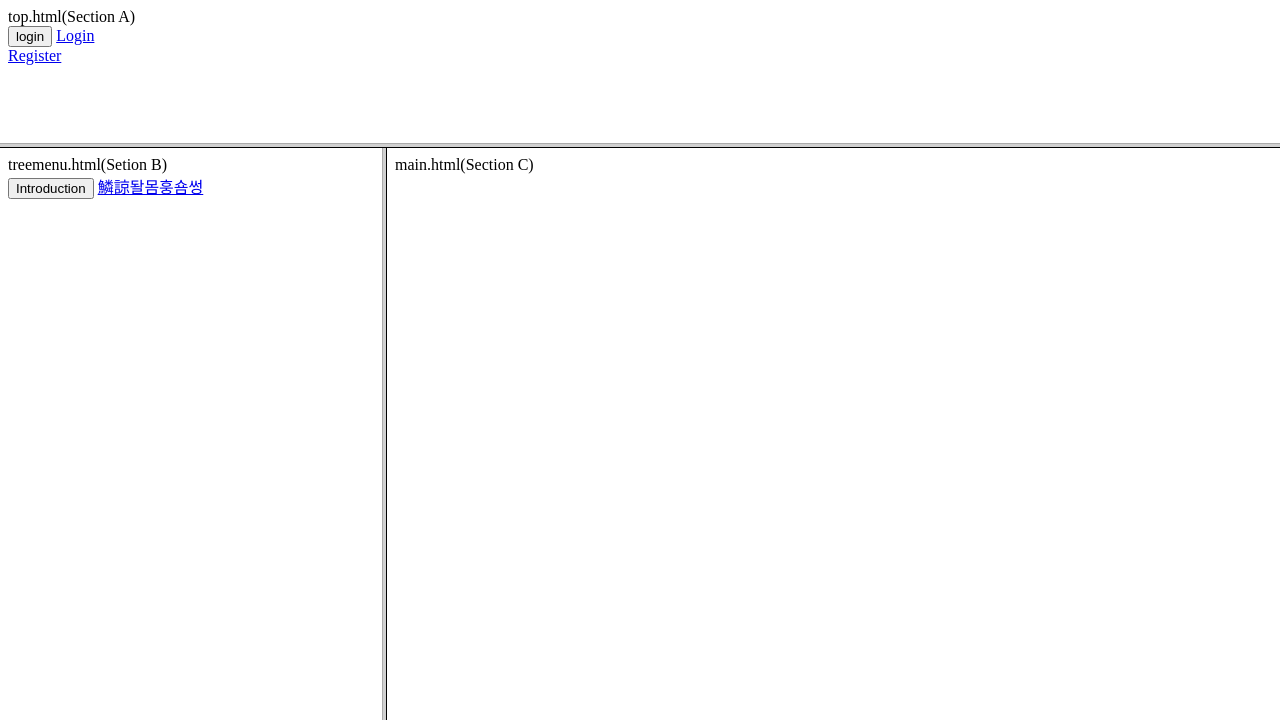
Repository: sheep9590/Test
Page: eclipse-workspace/Prj03/WebRoot/frameset.html
These files come from the project's save history. The page is drawn as it stood at one moment and after the next save; the edit follows.
The browser window is 1280 px wide. The pictures show the whole page.

Above is the page before, as saved 2021-09-09 13:21:28.

### eclipse-workspace/Prj03/WebRoot/frameset.html
<!DOCTYPE html PUBLIC "-//W3C//DTD HTML 4.01 Transitional//EN" "http://www.w3.org/TR/html4/loose.dtd">
<html>
        <frameset rows="20%,80%" border="5">
           <frame src="top.html" noresize scrolling="no" name="top"></frame>
           <frameset cols="30%,70%" border="5">
               <frame src="left.html" noresize scrolling="no" name="left"></frame>
               <frame src="right.html" noresize scrolling="no" name="right"></frame>
           </frameset>
        </frameset>
</html>

### eclipse-workspace/Prj03/WebRoot/top.html
<!DOCTYPE html>
<html>
<body>
<span >top.html</span>(Section A)<br>
  <script type="text/javascript">
   function locationTest(){
	   window.location.href="Login.html";
   }
   </script>
   <input type="submit" onclick="locationTest()"= value="login">
   <a href="Login.html" target="right">Login</a><br>
   <a href="Register.html" target="right">Register</a>
</body>
</html>

### eclipse-workspace/Prj03/WebRoot/left.html
<!DOCTYPE html>
<html>
<body>
   <span> treemenu.html(Setion B)</span><br>
   <script type="text/javascript">
   function locationTest(){
	   window.location.href="Introduction.html";
   }
   </script>
   <input type="submit" onclick="locationTest()" value="Introduction">
   <a href="Introduction.html" target="right">鱗諒돨몸훙숌썽</a><br>
</body>
</html>

### eclipse-workspace/Prj03/WebRoot/right.html
<!DOCTYPE html>
<html>
<body>
main.html(Section C)
</body>
</html>

After the next save:
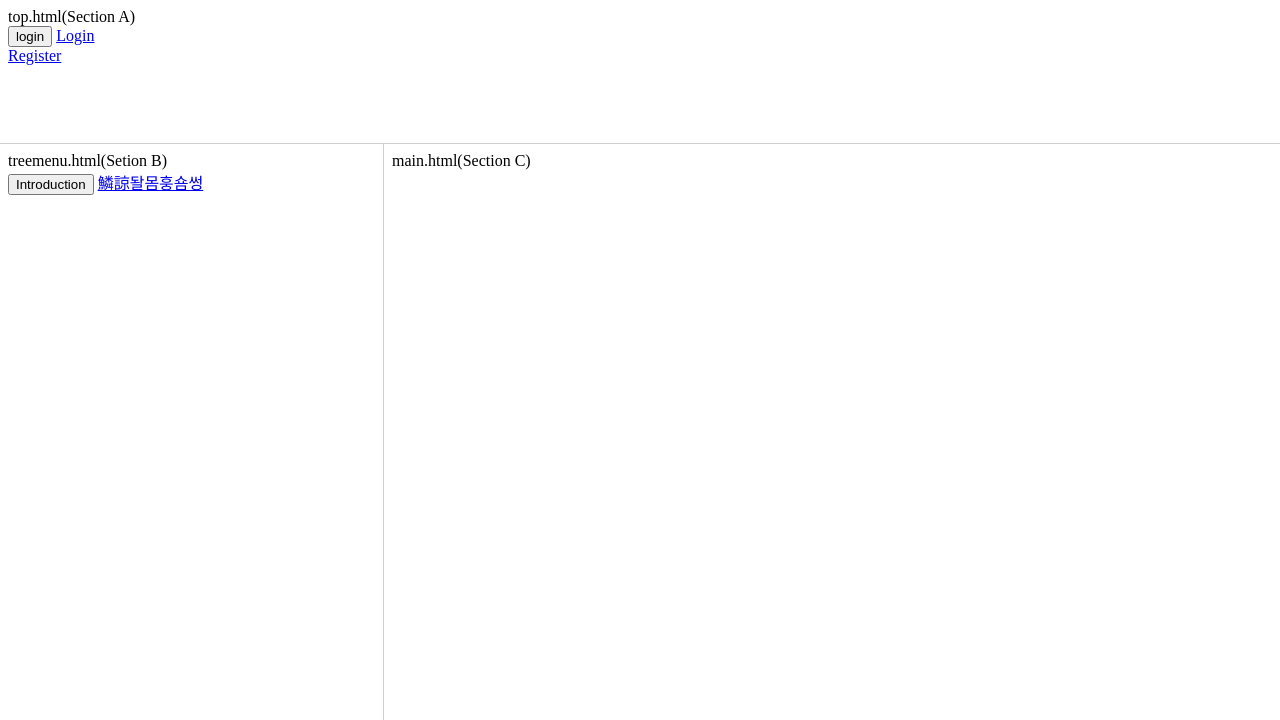
Saved 31 s later.
--- a/eclipse-workspace/Prj03/WebRoot/frameset.html
+++ b/eclipse-workspace/Prj03/WebRoot/frameset.html
@@ -1,8 +1,8 @@
 <!DOCTYPE html PUBLIC "-//W3C//DTD HTML 4.01 Transitional//EN" "http://www.w3.org/TR/html4/loose.dtd">
 <html>
-        <frameset rows="20%,80%" border="5">
+        <frameset rows="20%,80%" border="1">
            <frame src="top.html" noresize scrolling="no" name="top"></frame>
-           <frameset cols="30%,70%" border="5">
+           <frameset cols="30%,70%" border="1">
                <frame src="left.html" noresize scrolling="no" name="left"></frame>
                <frame src="right.html" noresize scrolling="no" name="right"></frame>
            </frameset>
